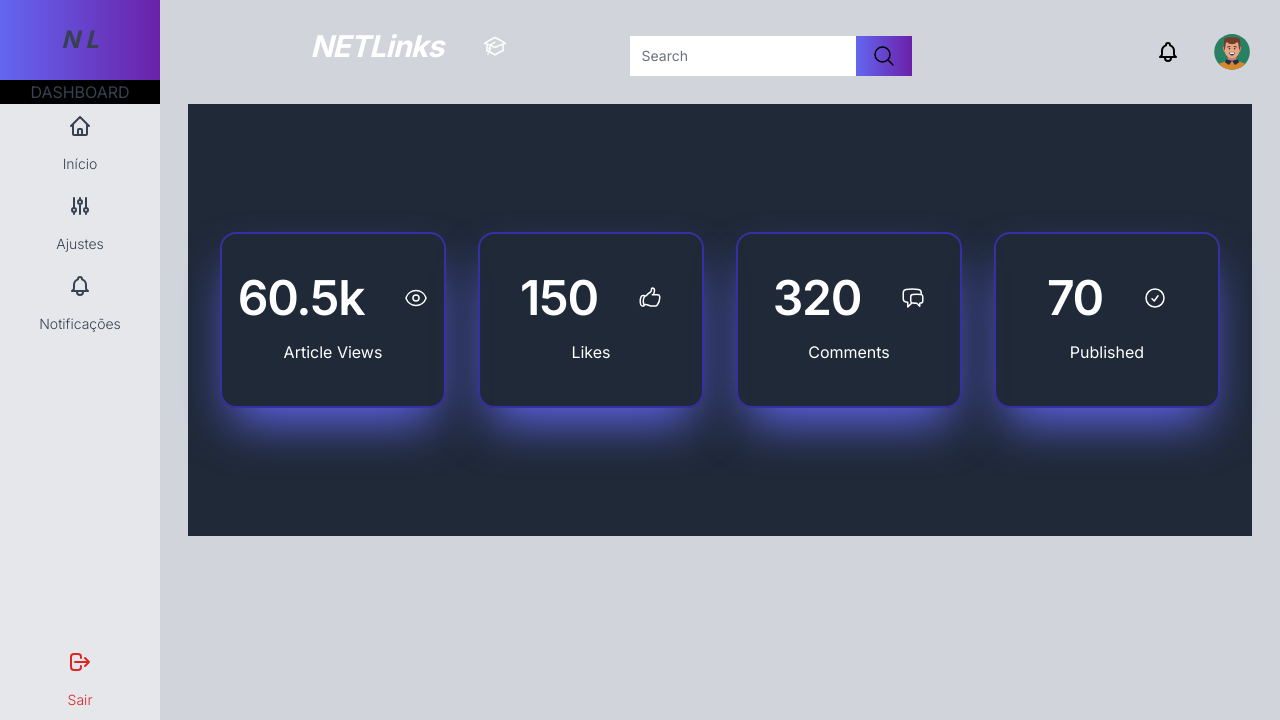
Repository: KennedyWanderson/AdminDashboard
Page: / (app in Code/admindashboard/)
The author's editor kept a copy of each file at every save. The page is drawn from the files as they stood at one save, then again after the next save.
The browser window is 1280 px wide. The pictures show the whole page.
The project was rebuilt for these pictures with package versions that can differ from the ones it lists, and the page was loaded fresh each time. The framework's server and built-in components were replaced by stand-ins that run in the browser. Also part of the build but not shown: Code/admindashboard/next.config.mjs.

Above is the page before, as saved 2024-06-26 20:08:19.

After the next save:
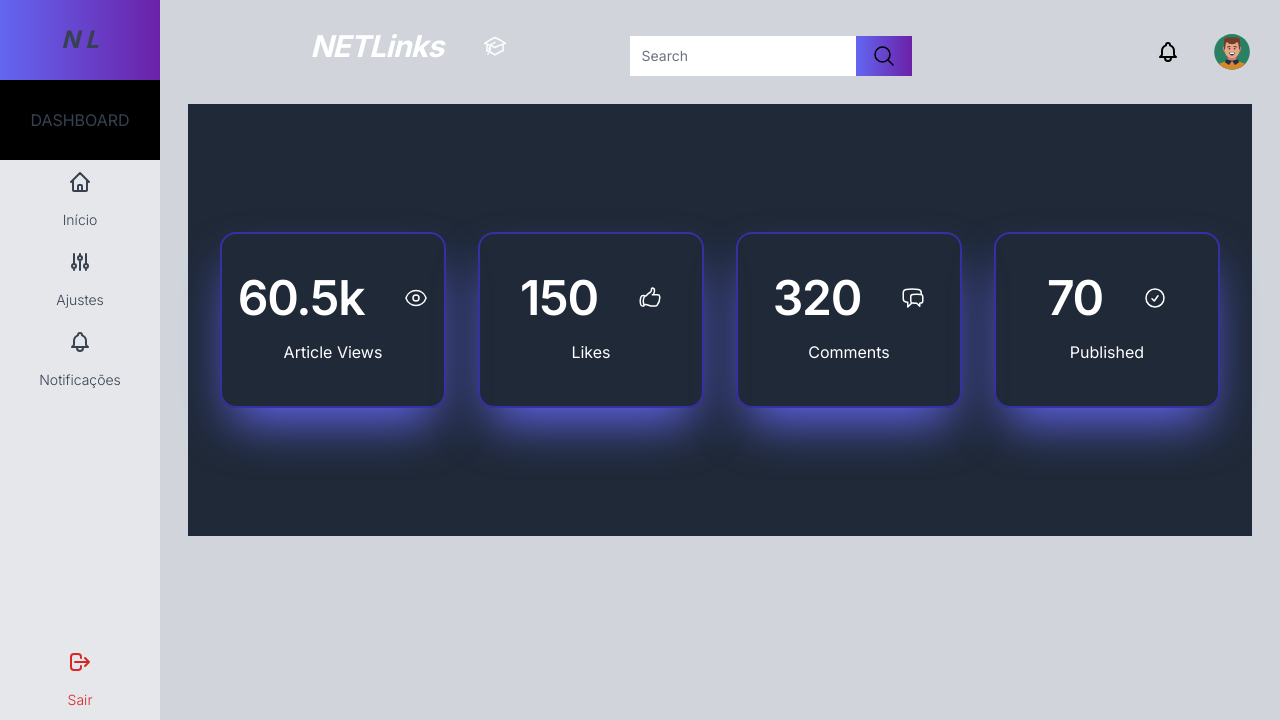
Saved 5 s later.
--- a/Code/admindashboard/src/components/LateralMenu.jsx
+++ b/Code/admindashboard/src/components/LateralMenu.jsx
@@ -17,7 +17,7 @@ export default function LateralMenu({ setActiveComponent }) {
             `}>
                 N L
             </div>
-            <div className="flex items-center justify-center w-full bg-black">
+            <div className="flex items-center justify-center w-full h-20 bg-black">
                 <h4>DASHBOARD</h4>
             </div>
 
